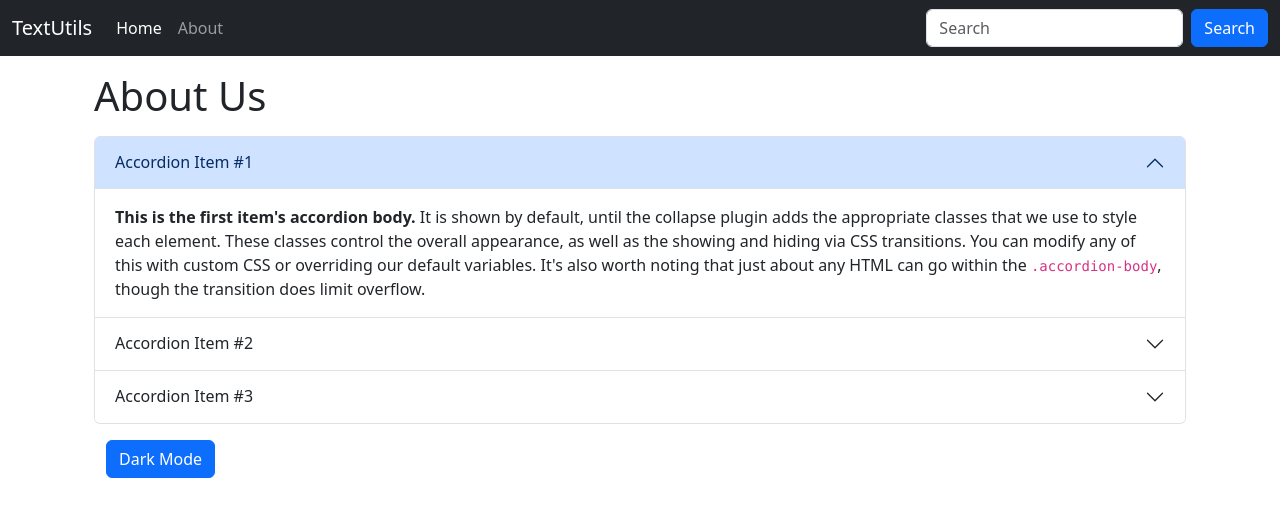
Repository: Rohit-foryou/Text-Utils
Page: /
These files come from the project's save history. The page is drawn as it stood at one moment and after the next save; the edit follows.
The browser window is 1280 px wide. The pictures show the whole page.
The project was rebuilt for these pictures with package versions that can differ from the ones it lists, and the page was loaded fresh each time. Also part of the build but not shown: src/index.css, src/App.css.

Above is the page before, as saved 2023-12-20 22:10:11.

### public/index.html
<!DOCTYPE html>
<html lang="en">
  <head>
    <meta charset="utf-8" />
    <link rel="icon" href="%PUBLIC_URL%/favicon.ico" />
    <meta name="viewport" content="width=device-width, initial-scale=1" />
    <meta name="theme-color" content="#000000" />
    <meta
      name="description"
      content="Web site created using create-react-app"
    />
    <link rel="apple-touch-icon" href="%PUBLIC_URL%/logo192.png" />
    <link rel="manifest" href="%PUBLIC_URL%/manifest.json" />

    <!-- Bootstrap CSS -->
    <link href="https://cdn.jsdelivr.net/npm/bootstrap@5.3.2/dist/css/bootstrap.min.css" rel="stylesheet" integrity="sha384-T3c6CoIi6uLrA9TneNEoa7RxnatzjcDSCmG1MXxSR1GAsXEV/Dwwykc2MPK8M2HN" crossorigin="anonymous">

    <title>React App</title>
  </head>
  <body>
    <noscript>You need to enable JavaScript to run this app.</noscript>
    <div id="root"></div>

    <script src="https://cdn.jsdelivr.net/npm/bootstrap@5.3.2/dist/js/bootstrap.bundle.min.js" integrity="sha384-C6RzsynM9kWDrMNeT87bh95OGNyZPhcTNXj1NW7RuBCsyN/o0jlpcV8Qyq46cDfL" crossorigin="anonymous"></script>
  </body>
</html>

### src/App.js
import "./App.css";
import About from "./components/About";
import Navbar from "./components/Navbar";
// import TextForm from "./components/TextForm";


function App() {
  return (
    <>
      <Navbar title = "TextUtils" aboutText = "About"/>
      <div className="container my-3">
      {/* <TextForm heading = "Enter the text to analyze"/> */}
      <About/>
      </div>
    </>
  );
}

export default App;

### src/components/About.js
import React from 'react'

export default function About() {
  return (
    <div className='container'>
        <h1 className = "my-3">About Us</h1>
      <div class="accordion" id="accordionExample">
            <div class="accordion-item">
                <h2 class="accordion-header">
                <button class="accordion-button" type="button" data-bs-toggle="collapse" data-bs-target="#collapseOne" aria-expanded="true" aria-controls="collapseOne">
                    Accordion Item #1
                </button>
                </h2>
                <div id="collapseOne" class="accordion-collapse collapse show" data-bs-parent="#accordionExample">
                <div class="accordion-body">
                    <strong>This is the first item's accordion body.</strong> It is shown by default, until the collapse plugin adds the appropriate classes that we use to style each element. These classes control the overall appearance, as well as the showing and hiding via CSS transitions. You can modify any of this with custom CSS or overriding our default variables. It's also worth noting that just about any HTML can go within the <code>.accordion-body</code>, though the transition does limit overflow.
                </div>
                </div>
            </div>
            <div class="accordion-item">
                <h2 class="accordion-header">
                <button class="accordion-button collapsed" type="button" data-bs-toggle="collapse" data-bs-target="#collapseTwo" aria-expanded="false" aria-controls="collapseTwo">
                    Accordion Item #2
                </button>
                </h2>
                <div id="collapseTwo" class="accordion-collapse collapse" data-bs-parent="#accordionExample">
                <div class="accordion-body">
                    <strong>This is the second item's accordion body.</strong> It is hidden by default, until the collapse plugin adds the appropriate classes that we use to style each element. These classes control the overall appearance, as well as the showing and hiding via CSS transitions. You can modify any of this with custom CSS or overriding our default variables. It's also worth noting that just about any HTML can go within the <code>.accordion-body</code>, though the transition does limit overflow.
                </div>
                </div>
            </div>
            <div class="accordion-item">
                <h2 class="accordion-header">
                <button class="accordion-button collapsed" type="button" data-bs-toggle="collapse" data-bs-target="#collapseThree" aria-expanded="false" aria-controls="collapseThree">
                    Accordion Item #3
                </button>
                </h2>
                <div id="collapseThree" class="accordion-collapse collapse" data-bs-parent="#accordionExample">
                <div class="accordion-body">
                    <strong>This is the third item's accordion body.</strong> It is hidden by default, until the collapse plugin adds the appropriate classes that we use to style each element. These classes control the overall appearance, as well as the showing and hiding via CSS transitions. You can modify any of this with custom CSS or overriding our default variables. It's also worth noting that just about any HTML can go within the <code>.accordion-body</code>, though the transition does limit overflow.
                </div>
                </div>
            </div>
        </div>
        <div className="container my-3">
        <button type="button" class="btn btn-primary" >Dark Mode</button>
        </div>
    </div>
  )
}

### src/components/Navbar.js
import React from 'react'
import PropTypes from 'prop-types'


export default function Navbar(props) {
  return (
    <nav className="navbar navbar-expand-lg navbar-dark bg-dark">
        <div className="container-fluid">
          <a className="navbar-brand" href="/">{props.title}</a>
          <button className="navbar-toggler" type="button" data-bs-toggle="collapse" data-bs-target="#navbarSupportedContent" aria-controls="navbarSupportedContent" aria-expanded="false" aria-label="Toggle navigation">
            <span className="navbar-toggler-icon"></span>
          </button>
          <div className="collapse navbar-collapse" id="navbarSupportedContent">
            <ul className="navbar-nav me-auto mb-2 mb-lg-0">
              <li className="nav-item">
                <a className="nav-link active" aria-current="page" href="/">Home</a>
              </li>
              <li className="nav-item">
                <a className="nav-link" href="/">{props.aboutText}</a>
              </li>
            </ul>
            <form className="d-flex" role="search">
              <input className="form-control me-2" type="search" placeholder="Search" aria-label="Search"/>
              <button className="btn btn-primary" type="submit">Search</button>
            </form>
          </div>
        </div>
      </nav>
  )
}

Navbar.propTypes = {title: PropTypes.string.isRequired,
                     AboutText: PropTypes.string}

// Navbar.defaultProps = {
//     title: 'write title',
//     aboutText: 'About',
// }

Loaded but not shown: src/index.js (common file); src/reportWebVitals.js (common file)

After the next save:
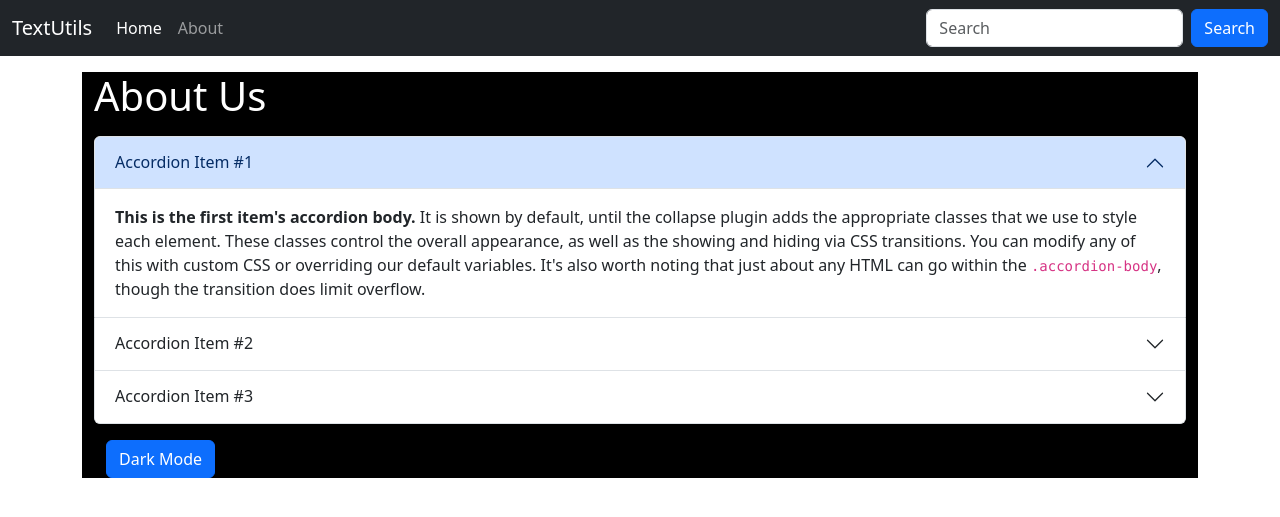
Saved 3 min 19 s later.
--- a/src/components/About.js
+++ b/src/components/About.js
@@ -1,8 +1,13 @@
 import React from 'react'
 
 export default function About() {
+
+    let mystyle={
+        color: 'white',
+        backgroundColor: 'black'
+    }
   return (
-    <div className='container'>
+    <div className='container' style={mystyle}>
         <h1 className = "my-3">About Us</h1>
       <div class="accordion" id="accordionExample">
             <div class="accordion-item">
